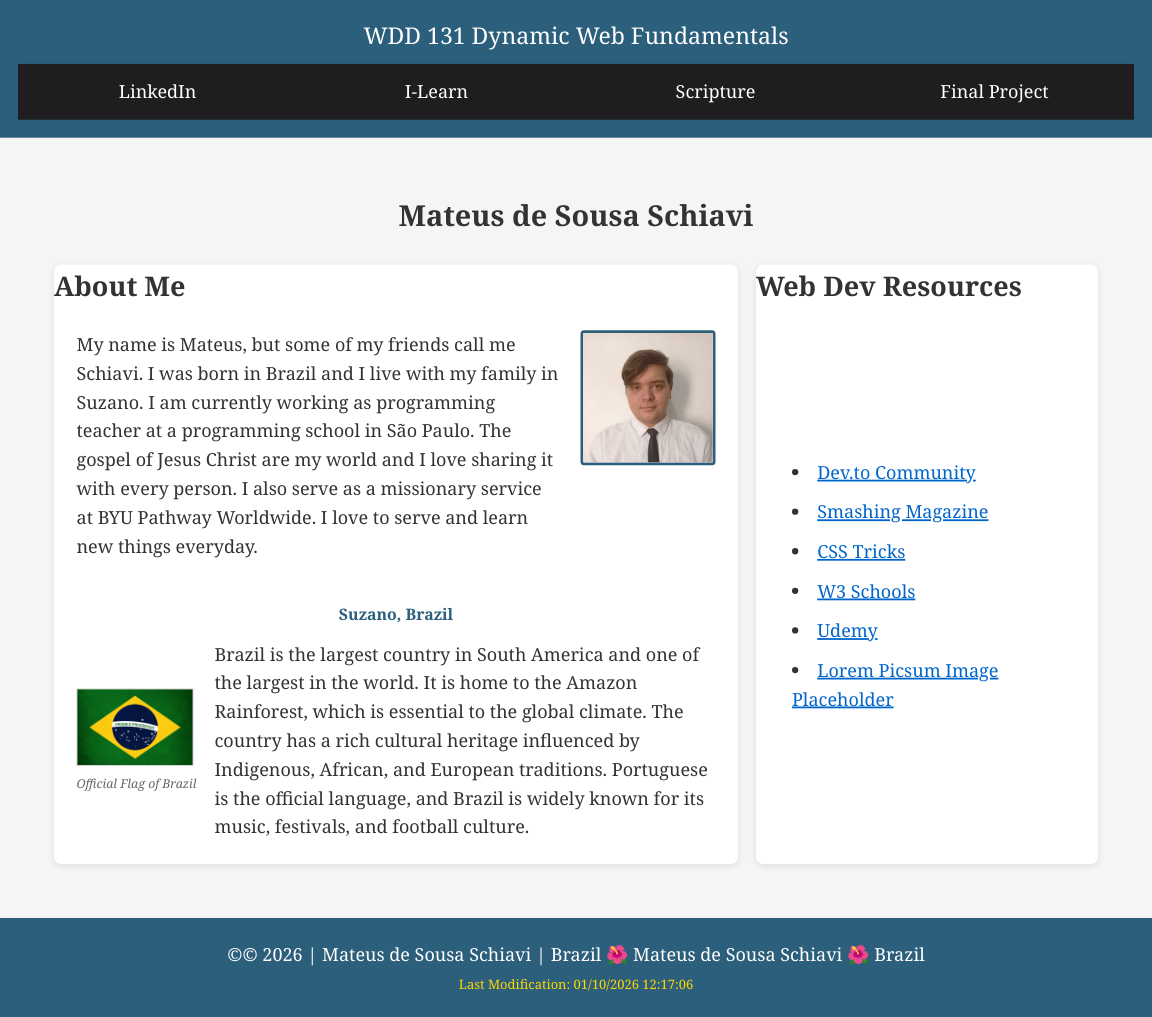
Repository: mateus-schiavi/wdd131
Page: index.html
The author's editor kept a copy of each file at every save. The page is drawn from the files as they stood at one save, then again after the next save.
The browser window is 1280 px wide. The pictures show the whole page, at 90% of full size.
Some web fonts or font styles are not loaded; a fallback is used.

Above is the page before, as saved 2026-01-10 19:12:26.

After the next save:
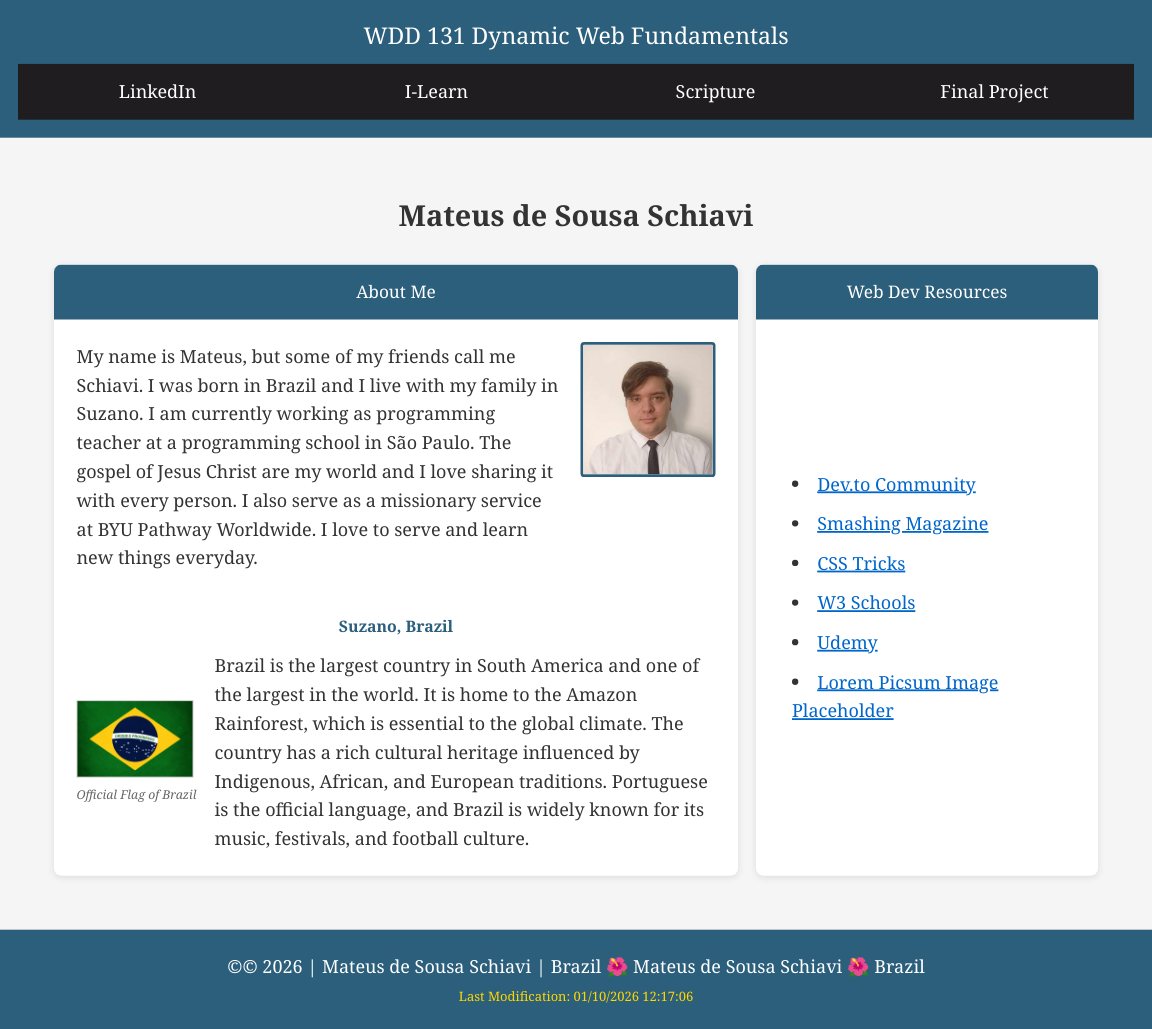
Saved 21 s later.
--- a/styles/base.css
+++ b/styles/base.css
@@ -80,7 +80,7 @@ main > h1 {
   box-shadow: 0 4px 12px rgba(0, 0, 0, 0.15);
 }
 
-.card h3 {
+.card h2 {
   background-color: #2c5f7c;
   color: white;
   padding: 15px;
